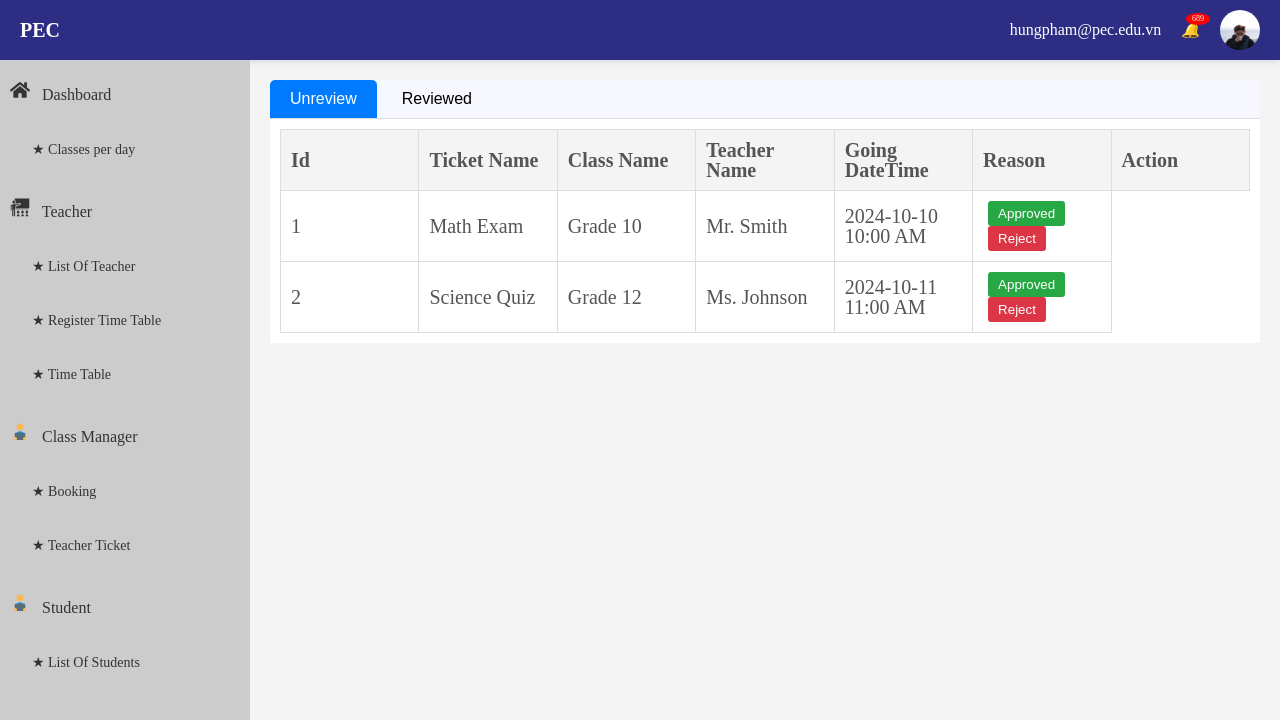
Repository: BitDanceLabels/Bumblebee_BDG
Page: /ticket
These files come from the project's save history. The page is drawn as it stood at one moment and after the next save; the edit follows.
The browser window is 1280 px wide. The pictures show the whole page.
An inner scrolling area shows only its first screen. The project was rebuilt for these pictures with package versions that can differ from the ones it lists, and the page was loaded fresh each time. Also part of the build but not shown: vite.config.js, src/components/Dashboard/ScheduleComponent.jsx, src/components/Management/Booking.jsx, src/components/modal/CreateStudentModal.jsx, src/components/Student/ListOfStudent.jsx, src/components/modal/CreateTeacherModal.jsx, src/components/Teacher/TeacherTable.jsx, src/components/Teacher/ListOfTeacher.jsx and 16 more. Imported but missing from the stored project, and not drawn on this page: src/components/modal/DeactiveStudentModal.

Above is the page before, as saved 2024-10-07 13:54:58.

### index.html
<!DOCTYPE html>
<html lang="en">
  <head>
    <meta charset="UTF-8" />
    <link rel="icon" type="image/svg+xml" href="/vite.svg" />
    <meta name="viewport" content="width=device-width, initial-scale=1.0" />
    <title>Power English CRM</title>
  </head>
  <body>
    <div id="root"></div>
    <script type="module" src="/src/main.jsx"></script>
  </body>
</html>

### src/main.jsx
import { StrictMode } from 'react'
import { createRoot } from 'react-dom/client'
import MainApp from './pages/MainApp.jsx'
import App from './App.jsx'
import './index.css'

createRoot(document.getElementById('root')).render(
  <StrictMode>
    <MainApp />
  </StrictMode>
)

### src/pages/MainApp.jsx
import React from 'react'
import Header from '../components/General/Header'
import Navbar from '../components//General/Navbar'
import ScheduleComponent from '../components/Dashboard/ScheduleComponent'
import Booking from '../components/Management/Booking'
import ListOfStudent from '../components/Student/ListOfStudent'
import ListOfTeacher from '../components/Teacher/ListOfTeacher'
import { BrowserRouter as Router, Route, Routes } from 'react-router-dom'
import styled from 'styled-components'
import TeacherTabs from '../components/Teacher/TeacherTabs'
import StudentProfile from '../components/Student/StudentProfile'
import TeacherRegisterTimeTable from '../components/Teacher/TeacherRegisterTimeTable'
import TeacherTimeTable from '../components/Teacher/TeacherTimeTable'
import CourseInfo from '../components/Student/CourseInfo'
import TicketTabs from '../components/Management/TicketTabs'

function MainApp() {
  return (
    <Router>
      <MainAppWrapper>
        <HeaderWrapper>
          <Header />
        </HeaderWrapper>
        <div className="main-layout">
          <NavbarWrapper>
            <Navbar />
          </NavbarWrapper>
          <ContentWrapper>
            <Routes>
              <Route path="/classes" element={<ScheduleComponent />} />
              <Route path="/booking" element={<Booking />} />
              <Route path="/students" element={<ListOfStudent />} />
              <Route path="/teacher" element={<ListOfTeacher />} />
              <Route path="/teacher-profile" element={<TeacherTabs />} />
              <Route path="/student-profile" element={<StudentProfile />} />
              <Route path="/teacher-timetable" element={<TeacherTimeTable />} />
              <Route path="/course-info" element={<CourseInfo />} />
              <Route path="/ticket" element={<TicketTabs />} />
              <Route
                path="/teacher-register"
                element={<TeacherRegisterTimeTable />}
              />
              {/* Add more routes as needed */}
            </Routes>
          </ContentWrapper>
        </div>
      </MainAppWrapper>
    </Router>
  )
}

const MainAppWrapper = styled.main`
  width: 100%;
  display: flex;
  flex-direction: column;
  height: 100vh;

  .main-layout {
    display: flex;
    flex-grow: 1;
  }
`

const HeaderWrapper = styled.header`
  position: fixed;
  top: 0;
  width: 100%;
  z-index: 1000;
  background-color: white;
  box-shadow: 0 2px 5px rgba(0, 0, 0, 0.1);
`

const NavbarWrapper = styled.nav`
  position: fixed;
  top: 60px;
  left: 0;
  height: calc(100vh - 60px);
  width: 250px;
  background-color: #ccc;
  color: white;
  z-index: 1000;
`

const ContentWrapper = styled.div`
  margin-top: 60px;
  margin-left: 250px;
  padding: 20px;
  flex-grow: 1;
  background-color: #f4f4f4;
  min-height: 100%;
  overflow-y: auto;
`

export default MainApp

### src/index.css
/*
--- 01 TYPOGRAPHY SYSTEM

- Font sizes (px)
10 / 12 / 14 / 16 / 18 / 20 / 24 / 30 / 36 / 44 / 52 / 62 / 74 / 86 / 98
h2: 3.6rem
h3: 2.4rem
p: 1.8rem

- Font weights
Default: 400
Medium: 500
Semi-bold: 600
Bold: 700

- Line heights
Default: 1
Small: 1.05
Medium: 1.2
Paragraph default: 1.6
Large: 1.8

- Letter spacing
-0.5px
0.75px


--- 05 SHADOWS

0 2.4rem 4.8rem rgba(0, 0, 0, 0.075);

--- 06 BORDER-RADIUS

Default: 9px
Medium: 11px

--- 07 WHITESPACE

- Spacing system (px)
2 / 4 / 8 / 12 / 16 / 24 / 32 / 48 / 64 / 80 / 96 / 128
*/

/* google font */
@import url('https://fonts.googleapis.com/css2?family=Rubik:wght@400;500;600;700&display=swap');
* {
  padding: 0;
  margin: 0;
  box-sizing: border-box;
}

html {
  /* font-size: 10px; */

  /* 10px / 16px = 0.625 = 62.5% */
  /* Percentage of user's browser font-size setting */
  font-size: 62.5%;
  overflow-x: hidden;

  /* Does NOT work on Safari */
  scroll-behavior: smooth;
}

body {
  font-family: 'Times New Roman', Times, serif;
  line-height: 1;
  font-weight: 400;
  color: #555;
  /* background-color: #f9f9f9; */
  background-color: #f1f3f5;

  /* Only works if there is nothing absolutely positioned in relation to body */
  overflow-x: hidden;
}

/**************************/
/* GENRAL REUSABLE COMPONENTS */
/**************************/

/* container */
.container {
  max-width: 1200px;
  margin: 0 auto;
  padding: 0 1.8rem;
}

@media screen and (min-width: 768px) {
  .container {
    padding: 0 3.4rem;
  }
}

@media screen and (min-width: 1400px) {
  .container {
    padding: 0 1rem;
  }
}

.grid {
  display: grid;
  column-gap: 6.4rem;
  row-gap: 9.6rem;

  /* margin-bottom: 9.6rem; */
}

.flex {
  display: flex;
  align-items: center;
}

/* .grid:last-child {
    margin-bottom: 0;
  } */

.grid:not(:last-child) {
  margin-bottom: 9.6rem;
}

.grid--2-cols {
  grid-template-columns: repeat(2, 1fr);
}

.grid--3-cols {
  grid-template-columns: repeat(3, 1fr);
}

.grid--4-cols {
  grid-template-columns: repeat(4, 1fr);
}

/* .grid--5-cols {
    grid-template-columns: repeat(5, 1fr);
  } */

.grid--center-v {
  align-items: center;
}

.white-space-large {
  margin-bottom: 12.8rem;
}

.white-space-medium {
  margin-bottom: 9.6rem;
}

.white-space-medium--top {
  margin-top: 9.6rem;
}

.white-space-small {
  margin-bottom: 6.4rem;
}

.white-space-small--top {
  margin-top: 6.4rem;
}

/* .heading-primary,
.heading-secondary,
.heading-tertiary {
  font-weight: 700;
  color: #333;
  letter-spacing: -0.5px;
}

.heading-primary {
  font-size: 5.2rem;
  line-height: 1.05;
  margin-bottom: 3.2rem;
}

.heading-secondary {
  font-size: 4.4rem;
  line-height: 1.2;
  margin-bottom: 9.6rem;
}

.heading-tertiary {
  font-size: 3rem;
  line-height: 1.2;
  margin-bottom: 3.2rem;
}

.subheading {
  display: block;
  font-size: 1.6rem;
  font-weight: 500;
  color: #1971c2;
  text-transform: uppercase;
  margin-bottom: 1.6rem;
  letter-spacing: 0.75px;
} */
/*
.btn,
.btn:link,
.btn:visited {
  display: inline-block;

  text-decoration: none;
  font-size: 2rem;
  font-weight: 600;
  padding: 1.6rem 3.2rem;
  border-radius: 9px;

  border: none;
  cursor: pointer;
  font-family: inherit;
  transition: all 0.3s;
}

.btn--full:link,
.btn--full:visited {
  background-color: #1971c2;
  color: #fff;
}

.btn--full:hover,
.btn--full:active {
  background-color: #1971c2;
}

.btn--outline:link,
.btn--outline:visited {
  background-color: #fff;
  color: #555;
}

.btn--outline:hover,
.btn--outline:active {
  background-color: #fdf2e9;
  box-shadow: inset 0 0 0 3px #fff;
}

.btn--form {
  background-color: #45260a;
  color: #fdf2e9;
  align-self: end;
  padding: 1.2rem;
}

.btn--form:hover {
  background-color: #fff;
  color: #555;
}
*/
/* .link:link,
.link:visited {
  display: inline-block;
  color: #1971c2;
  text-decoration: none;
  border-bottom: 1px solid currentColor;
  padding-bottom: 2px;
  transition: all 0.3s;
}

.link:hover,
.link:active {
  color: #1971c2;
  border-bottom: 1px solid transparent;
}

.list {
  list-style: none;
  display: flex;
  flex-direction: column;
  gap: 1.6rem;
}

.list-item {
  font-size: 1.8rem;
  display: flex;
  align-items: center;
  gap: 1.6rem;
  line-height: 1.2;
}

.list-icon {
  width: 3rem;
  height: 3rem;
  color: #1971c2;
} */

/**/
/* *:focus {
  outline: none;
  box-shadow: 0 0 0 0.3rem #1971c2;
} */

/* HELPER/SETTINGS CLASSES */
.margin-right-sm {
  margin-right: 1.6rem !important;
}

.margin-bottom-md {
  margin-bottom: 4.8rem !important;
}

.center-text {
  text-align: center;
}

strong {
  font-weight: 500;
}

### src/components/General/Header.jsx
import React from 'react'
import avt from '../../assets/avt.jpg'
import styled from 'styled-components'

const Header = () => {
  return (
    <HeaderWrapper>
      <header className="header">
        <div className="header-left">
          <h1>PEC</h1>
        </div>
        <div className="header-right">
          <span className="account-email">hungpham@pec.edu.vn</span>
          <div className="notification">
            <i className="bell-icon">🔔</i>
            <span className="notification-count">689</span>
          </div>
          <img src={avt} alt="avatar" className="avatar" />
        </div>
      </header>
    </HeaderWrapper>
  )
}

const HeaderWrapper = styled.header`
  .header {
    background-color: #2d2e83;
    color: white;
    display: flex;
    justify-content: space-between;
    align-items: center;
    padding: 10px 20px;
  }

  .header-left h1 {
    margin: 0;
    font-size: 2rem;
  }

  .header-right {
    display: flex;
    align-items: center;
  }

  .account-email {
    margin-right: 20px;
    font-size: 1.6rem;
  }

  .notification {
    position: relative;
    margin-right: 20px;
  }

  .bell-icon {
    font-size: 1.5em;
    cursor: pointer;
  }

  .notification-count {
    position: absolute;
    top: -10px;
    right: -10px;
    background-color: red;
    color: white;
    border-radius: 50%;
    padding: 2px 6px;
    font-size: 0.8em;
  }

  .avatar {
    width: 40px;
    height: 40px;
    border-radius: 50%;
    cursor: pointer;
  }
`

export default Header

### src/components/General/Navbar.jsx
import React, { useState } from 'react'
import styled from 'styled-components'
import { FaHome } from 'react-icons/fa'
import { GiTeacher } from 'react-icons/gi'
import { FcReadingEbook } from 'react-icons/fc'
import { Link } from 'react-router-dom' // Import Link from react-router-dom

const Navbar = () => {
  const [activeItem, setActiveItem] = useState('dashboard')

  const handleItemClick = (item) => {
    setActiveItem(item)
  }

  return (
    <NavbarWrapper>
      <nav className="navbar">
        <ul>
          <li onClick={() => handleItemClick('classes')}>
            <Link to="/classes">
              <FaHome style={{ marginRight: '8px', fontSize: '20px' }} />{' '}
              Dashboard
            </Link>
          </li>

          {/* Submenu for Classes per day */}
          <ul className="sub-menu">
            <li
              className={activeItem === 'classes' ? 'active' : ''}
              onClick={() => handleItemClick('classes')}
            >
              <Link to="/classes">★ Classes per day</Link>
            </li>
          </ul>

          <li onClick={() => handleItemClick('teacher')}>
            <Link to="/teacher">
              <GiTeacher style={{ marginRight: '8px', fontSize: '20px' }} />{' '}
              Teacher
            </Link>
          </li>

          {/* Submenu for List Of Teacher */}
          <ul className="sub-menu">
            <li
              className={activeItem === 'teacher' ? 'active' : ''}
              onClick={() => handleItemClick('teacher')}
            >
              <Link to="/teacher">★ List Of Teacher</Link>
            </li>

            <li
              className={activeItem === 'teacher-register' ? 'active' : ''}
              onClick={() => handleItemClick('teacher-register')}
            >
              <Link to="/teacher-register">★ Register Time Table</Link>
            </li>

            <li
              className={activeItem === 'teacher-timetable' ? 'active' : ''}
              onClick={() => handleItemClick('teacher-timetable')}
            >
              <Link to="/teacher-timetable">★ Time Table</Link>
            </li>
          </ul>

          <li onClick={() => handleItemClick('booking')}>
            <Link to="/booking">
              <FcReadingEbook
                style={{ marginRight: '8px', fontSize: '20px' }}
              />{' '}
              Class Manager
            </Link>
          </li>

          {/* Submenu for Booking */}
          <ul className="sub-menu">
            <li
              className={activeItem === 'booking' ? 'active' : ''}
              onClick={() => handleItemClick('booking')}
            >
              <Link to="/booking">★ Booking</Link>
            </li>

            <li
              className={activeItem === 'ticket' ? 'active' : ''}
              onClick={() => handleItemClick('ticket')}
            >
              <Link to="/ticket">★ Teacher Ticket</Link>
            </li>
          </ul>

          <li onClick={() => handleItemClick('listOfStudent')}>
            <Link to="/students">
              <FcReadingEbook
                style={{ marginRight: '8px', fontSize: '20px' }}
              />{' '}
              Student
            </Link>
          </li>

          {/* Submenu for List Of Students */}
          <ul className="sub-menu">
            <li
              className={activeItem === 'listOfStudent' ? 'active' : ''}
              onClick={() => handleItemClick('listOfStudent')}
            >
              <Link to="/students">★ List Of Students</Link>
            </li>
          </ul>
        </ul>
      </nav>
    </NavbarWrapper>
  )
}

const NavbarWrapper = styled.nav`
  width: 14%;
  .navbar {
    width: 250px;
    background-color: #ccc;
    color: white;
    height: 100%;
  }

  .navbar ul {
    list-style-type: none;
    padding: 0;
    margin: 0;
  }

  .navbar li {
    padding: 10px 0;
    cursor: pointer;
    color: white;
    width: 100%;
  }

  .navbar li a {
    width: 100%;
    padding: 10px;
    color: #333;
    font-weight: 500;
    font-size: 16px;
    display: inline-block;
    transition: transform 0.3s ease;
    text-decoration: none;
  }

  .navbar li:hover a {
    transform: scale(1.2);
    transform-origin: left;
  }

  .navbar li.active {
    background-color: #e1f644;
  }

  /* Submenu styles */
  .sub-menu {
    list-style-type: none;
    padding-left: 20px;
  }

  .sub-menu li {
    padding: 10px 0;
  }

  .sub-menu li a {
    font-size: 14px;
    width: 100%;
    padding-left: 32px;
  }
`

export default Navbar

### src/components/Management/TicketTabs.jsx
import React, { useState } from 'react'
import styled from 'styled-components'
import ListTicketUnReview from './ListTicketUnReview'
import ListTicketReviewed from './ListTicketReviewed'
import { useLocation } from 'react-router-dom'

// Styled components
const Container = styled.div`
  background: #f7f7ff;
  font-size: 20px;
`

const TabContainer = styled.div`
  display: flex;
  border-bottom: 1px solid #ddd;
`

const Tab = styled.button`
  padding: 10px 20px;
  cursor: pointer;
  border: none;
  background: ${(props) => (props.active ? '#007bff' : '#f7f7ff')};
  color: ${(props) => (props.active ? '#fff' : '#000')};
  font-size: 16px;
  border-radius: 5px 5px 0 0;
  margin-right: 5px;
  &:focus {
    outline: none;
  }
`

const ListTicketUnReviewTab = () => {
  return <ListTicketUnReview />
}

const ListTicketReviewedTab = () => {
  return <ListTicketReviewed />
}

const TicketTabs = ({}) => {
  const [activeTab, setActiveTab] = useState('ListTicketUnReviewed')
  const location = useLocation()
  const { teacher } = location.state || {}
  console.log(teacher)

  return (
    <Container>
      <TabContainer>
        <Tab
          active={activeTab === 'ListTicketUnReviewed'}
          onClick={() => setActiveTab('ListTicketUnReviewed')}
        >
          Unreview
        </Tab>
        <Tab
          active={activeTab === 'ListTicketReviewed'}
          onClick={() => setActiveTab('ListTicketReviewed')}
        >
          Reviewed
        </Tab>
      </TabContainer>

      {activeTab === 'ListTicketUnReviewed' && <ListTicketUnReviewTab />}
      {activeTab === 'ListTicketReviewed' && <ListTicketReviewedTab />}
    </Container>
  )
}

export default TicketTabs

### src/components/Management/ListTicketUnReview.jsx
import React from 'react'
import styled from 'styled-components'

// Styled components
const TableContainer = styled.div`
  width: 100%;
  overflow: auto;
  background-color: #fff;
  padding: 10px;
`

const Table = styled.table`
  width: 100%;
  border-collapse: collapse;
  table-layout: fixed;
`

const Th = styled.th`
  padding: 10px;
  border: 1px solid #ddd;
  background-color: #f4f4f4;
  text-align: left;
`

const Td = styled.td`
  padding: 10px;
  border: 1px solid #ddd;
  text-align: left;
`

const Button = styled.button`
  padding: 5px 10px;
  margin: 0 5px;
  cursor: pointer;
  background-color: ${(props) => (props.approved ? '#28a745' : '#dc3545')};
  color: #fff;
  border: none;
  border-radius: 3px;
`

const ListTicketUnReview = () => {
  // Dữ liệu mẫu
  const tickets = [
    {
      id: 1,
      ticketName: 'Math Exam',
      className: 'Grade 10',
      teacherName: 'Mr. Smith',
      goingDateTime: '2024-10-10 10:00 AM',
      reason: 'Giáo viên bị bệnh'
    },
    {
      id: 2,
      ticketName: 'Science Quiz',
      className: 'Grade 12',
      teacherName: 'Ms. Johnson',
      goingDateTime: '2024-10-11 11:00 AM',
      reason: 'Học sinh bận'
    }
    // Thêm các dữ liệu khác ở đây
  ]

  return (
    <TableContainer>
      <Table>
        <thead>
          <tr>
            <Th>Id</Th>
            <Th>Ticket Name</Th>
            <Th>Class Name</Th>
            <Th>Teacher Name</Th>
            <Th>Going DateTime</Th>
            <Th>Reason</Th>
            <Th>Action</Th>
          </tr>
        </thead>
        <tbody>
          {tickets.map((ticket) => (
            <tr key={ticket.id}>
              <Td>{ticket.id}</Td>
              <Td>{ticket.ticketName}</Td>
              <Td>{ticket.className}</Td>
              <Td>{ticket.teacherName}</Td>
              <Td>{ticket.goingDateTime}</Td>
              <Td>
                <Button approved onClick={() => alert('Approved')}>
                  Approved
                </Button>
                <Button onClick={() => alert('Rejected')}>Reject</Button>
              </Td>
            </tr>
          ))}
        </tbody>
      </Table>
    </TableContainer>
  )
}

export default ListTicketUnReview

After the next save:
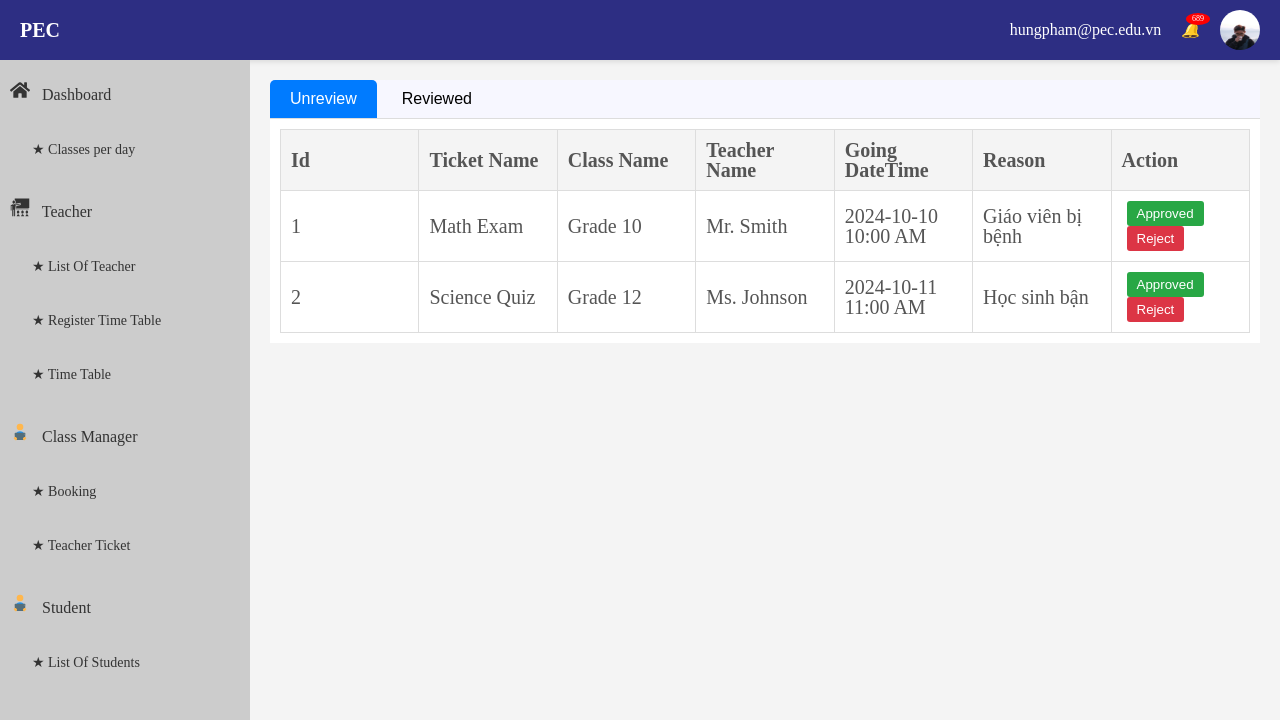
Saved 14 s later.
--- a/src/components/Management/ListTicketUnReview.jsx
+++ b/src/components/Management/ListTicketUnReview.jsx
@@ -82,6 +82,7 @@ const ListTicketUnReview = () => {
               <Td>{ticket.className}</Td>
               <Td>{ticket.teacherName}</Td>
               <Td>{ticket.goingDateTime}</Td>
+              <Td>{ticket.reason}</Td>
               <Td>
                 <Button approved onClick={() => alert('Approved')}>
                   Approved
